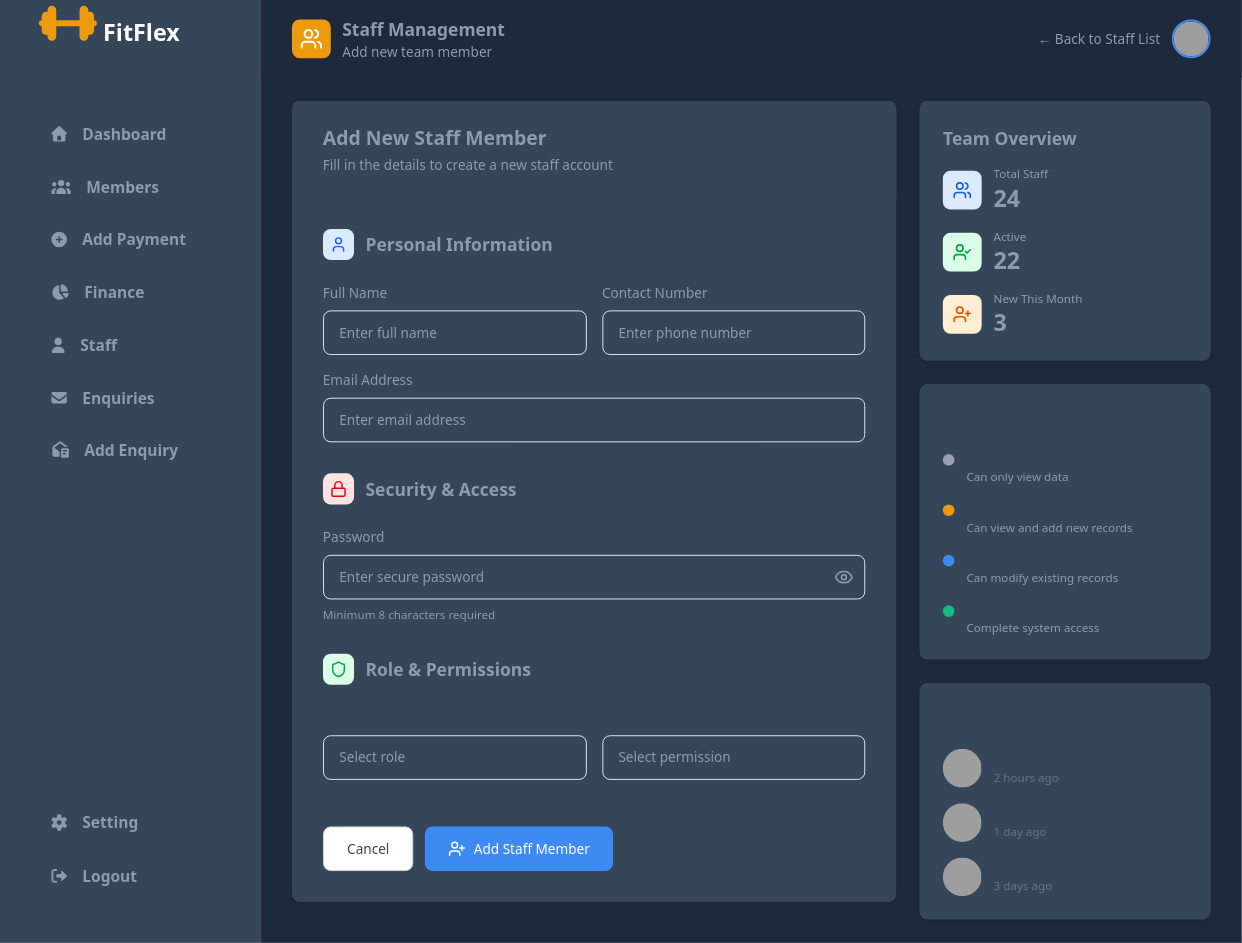
Repository: MuhammadTalhaTaj/gym_management_app_backend
Page: /addstaff (app in frontend/)
An editor plug-in stored every save of this project. The page is shown before and after the next save, followed by the edit.
The browser window is 1280 px wide. The pictures show the whole page, at 97% of full size.
Pictures or frames that could not be fetched are drawn as grey boxes. The project was rebuilt for these pictures with package versions that can differ from the ones it lists, and the page was loaded fresh each time. Also part of the build but not shown: frontend/vite.config.ts, frontend/src/assets/styles/AdminHeader.css, frontend/src/Components/AdminHeader.tsx, frontend/src/assets/styles/AdminDashboard.css, frontend/src/hooks/useDashboardData.ts, frontend/src/assets/styles/AdminDashboardStats.css, frontend/src/Components/AdminDashboardStats.tsx, frontend/src/Components/IncomeExpenseChart.tsx and 31 more.

Above is the page before, as saved 2025-11-21 10:47:17.

After the next save:
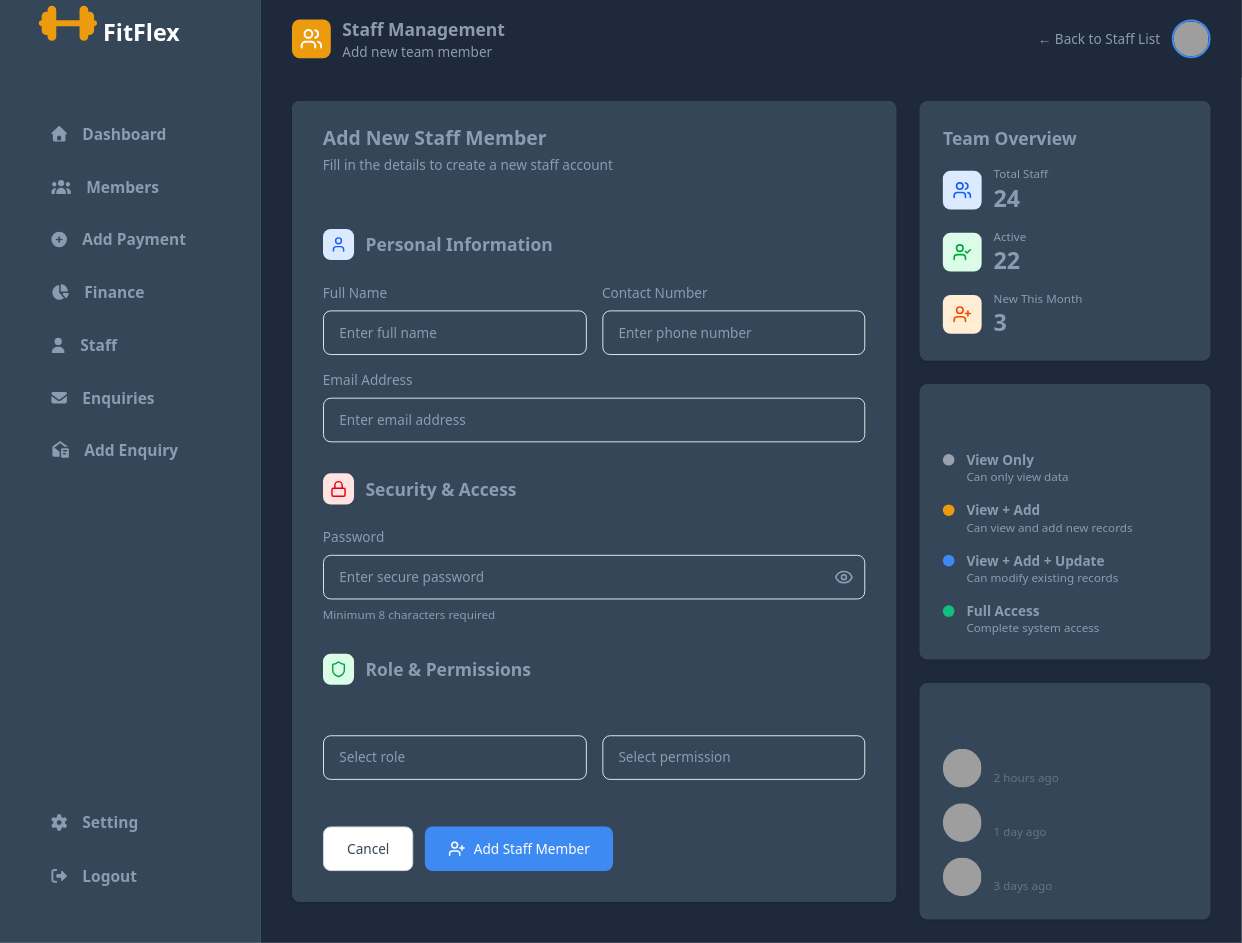
Saved 6 s later.
--- a/frontend/src/pages/Admin/AddStaff.tsx
+++ b/frontend/src/pages/Admin/AddStaff.tsx
@@ -188,7 +188,7 @@ const PermissionItem = ({ permission }) => (
   <div className="flex items-start gap-3">
     <div className={`w-3 h-3 rounded-full ${permission.color} mt-1`}></div>
     <div className="flex-1">
-      <p className="text-sm font-semibold text-[var(--primary-100)]">{permission.name}</p>
+      <p className="text-sm font-semibold text-[var(--primary-300)]">{permission.name}</p>
       <p className="text-xs text-[var(--primary-300)]">{permission.description}</p>
     </div>
   </div>
